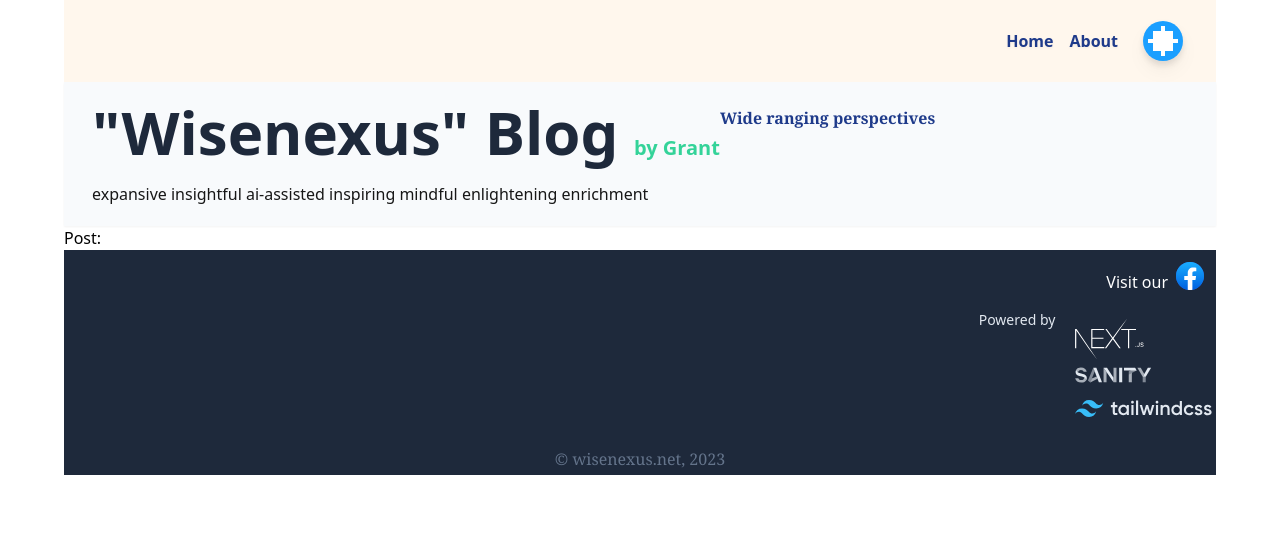
Repository: gpgundersen/sanity3-nextjs13-blog
Page: /post
The author's editor kept a copy of each file at every save. The page is drawn from the files as they stood at one save, then again after the next save.
The browser window is 1280 px wide. The pictures show the whole page.
The project was rebuilt for these pictures with package versions that can differ from the ones it lists, and the page was loaded fresh each time. The framework's server and built-in components were replaced by stand-ins that run in the browser. Also part of the build but not shown: next.config.js.

Above is the page before, as saved 2023-02-05 20:42:45.

After the next save:
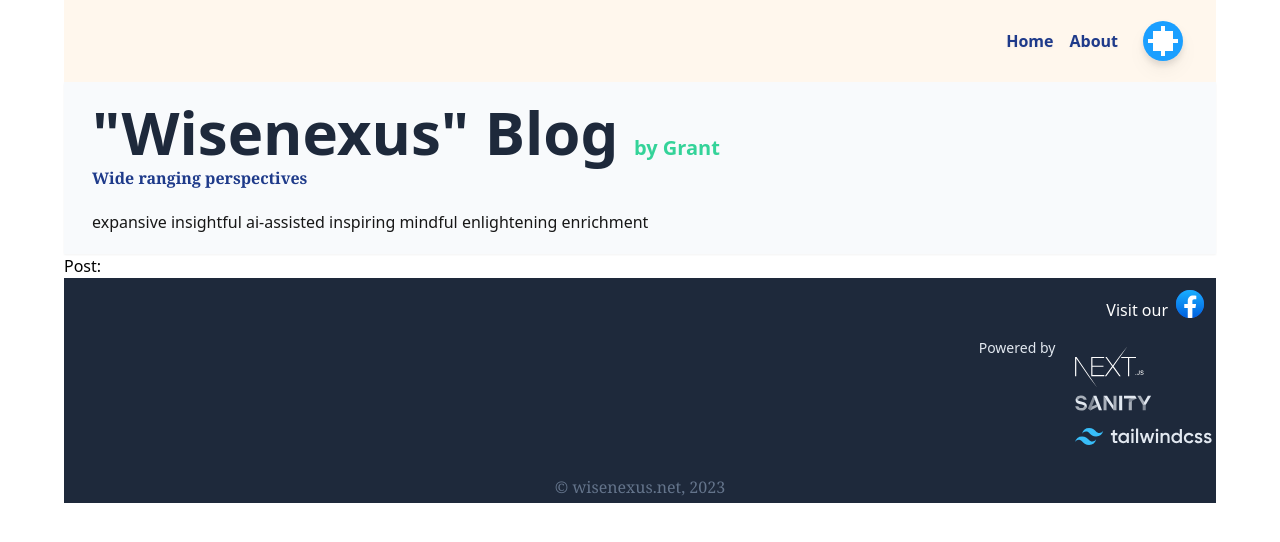
Saved 85 s later.
--- a/components/Banner.tsx
+++ b/components/Banner.tsx
@@ -1,6 +1,6 @@
 function Banner() {
     return <div className="flex items-center justify-between space-x-1 font-bold px-7 py-5 bg-slate-50 shadow-sm">
-        <div className="flex flex-wrap">
+        <div className="">
             <h1 className="text-6xl text-slate-800">"Wisenexus" Blog <span className=" text-xl text-emerald-400">by Grant</span></h1>
             <h2 className="mt-4 md:mt-1 text-blue-900 font-serif">Wide ranging perspectives</h2>
             <p className="mt-5 text-neutral-900 font-thin">expansive insightful ai-assisted inspiring mindful enlightening enrichment</p>
